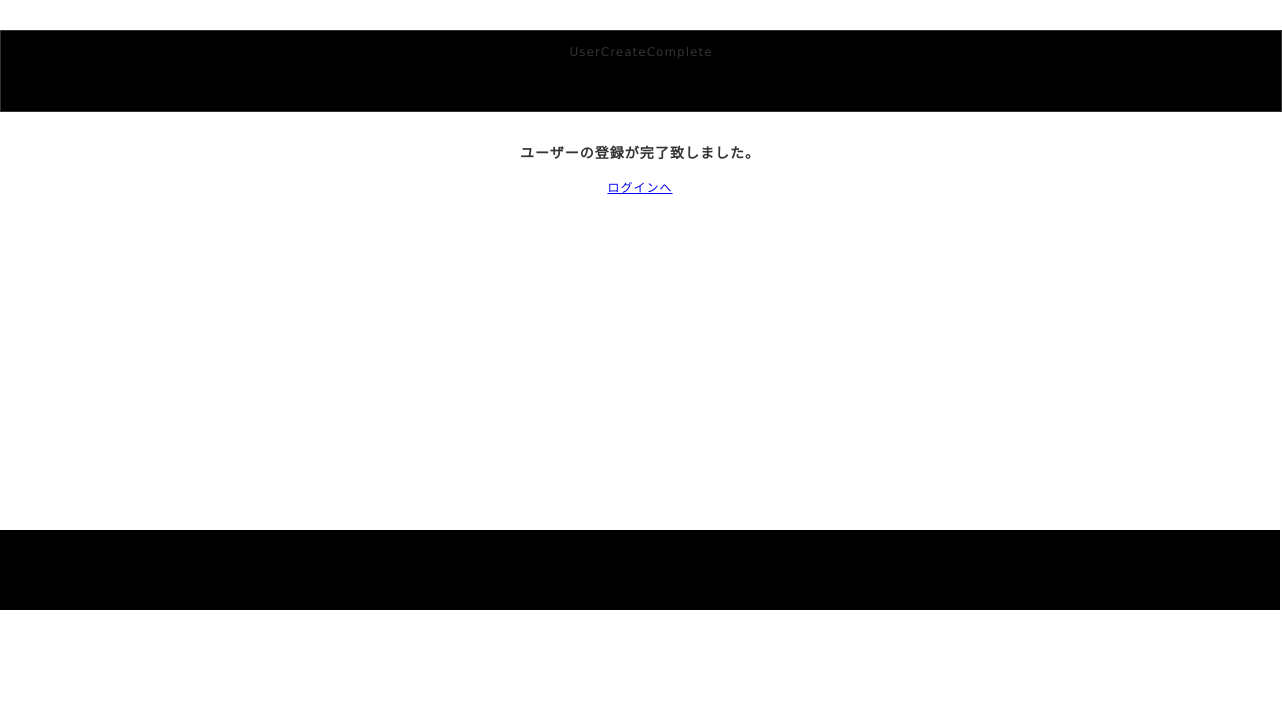
Repository: MasayaOuchi/test
Page: http://localhost/template/userCreateComplete.jsp
An editor plug-in stored every save of this project. The page is shown before and after a run of saves, followed by the edit.
The browser window is 1280 px wide. The page is 1282 px wide, then 1280 px, so the pictures cover 1282 px, including what lies to the right of the window. The pictures show the whole page.
The page is served by Tomcat 9. Other server files are loaded and not shown.

Above is the page before, as saved 2018-10-26 06:50:27.

### template/WebContent/userCreateComplete.jsp
<%@ page language="java" contentType="text/html; charset=UTF-8"
	pageEncoding="UTF-8"%>
<%@ taglib prefix="s" uri="/struts-tags"%>
<!DOCTYPE html>
<html>
<head>
	<meta http-equiv="Content-Type" content="text/html; charset=utf-8" />
	<meta http-equiv="Content-Style-Type" content="text/css" />
	<meta http-equiv="Content-Script-Type" content="text/javascript" />
	<meta http-equiv="imagetoolbar" content="no" />
	<meta name="description" content="" />
	<meta name="keywords" content="" />
	<title>UserCreateComplete画面</title>

	<style type="text/css">
	/* =========TAG LAYOUT========= */
	body{
	margin:0;
	padding:0;
	line-height:1.6;
	letter-spacing:1px;
	font-family:Verdana, Helvetica, sans-serif;
	font-size:12px;
	color:#333;
	background:#fff;
	}

	table{
	text-align:center;
	margin:0 auto;
	}
	/* =========ID LAYOUT========== */
	#top {
	width:780px;
	margin:30px auto;
	border:1px solid #333;
	width:100%;
	height:80px;
	background-color: black;
	}

	#main{
	width: 100%;
	height:500px;
	text-align:center;
	}

	#footer{
	width:100%;
	height:80px;
	background-color: black;
	clear:both;
	}
	</style>
</head>
<body>
	<div id="header">
		<div id="pr">
		</div>
	</div>
	<div id="main">
		<div id="top">
			<p>UserCreateComplete</p>
		</div>
		<div>
			<h3>ユーザーの登録が完了致しました。</h3>
			<div>
				<a href='<s:url action="HomeAction" />'>ログインへ</a>
			</div>
		</div>
	</div>
	<div id="footer">
		<div id="pr">
		</div>
	</div>
</body>
</html>

After the next 2 saves:
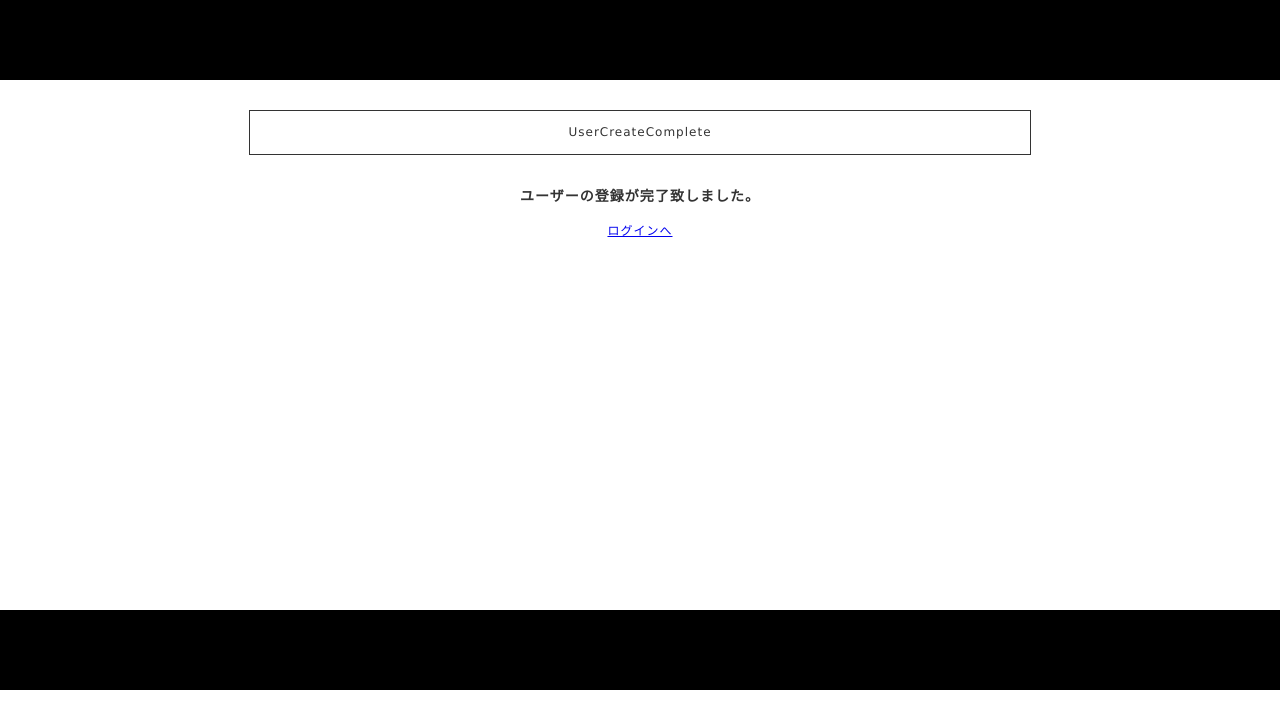
The 2 saves are shown as one change because they came seconds apart.
The last was saved 28 s later.
--- a/template/WebContent/userCreateComplete.jsp
+++ b/template/WebContent/userCreateComplete.jsp
@@ -34,6 +34,8 @@
 	width:780px;
 	margin:30px auto;
 	border:1px solid #333;
+	}
+	#header{
 	width:100%;
 	height:80px;
 	background-color: black;
